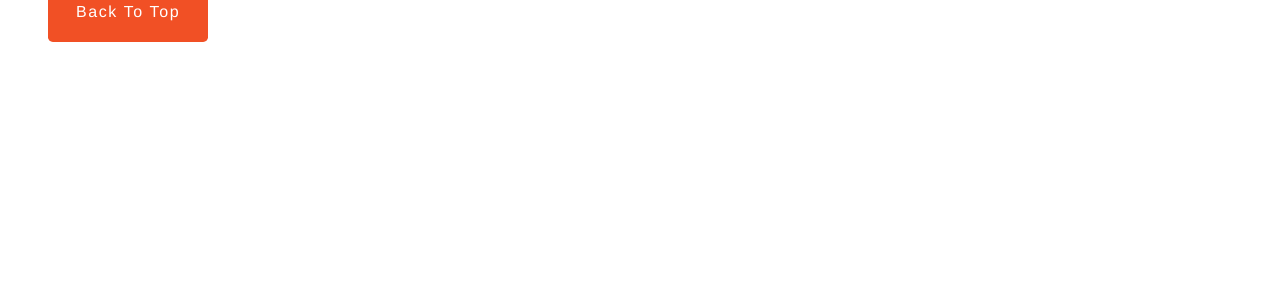
Repository: Ndifoinhilary/css_grid
Page: css-grid-learn/index.html
The author's editor kept a copy of each file at every save. The page is drawn from the files as they stood at one save, then again after the next save.
The browser window is 1280 px wide. The pictures show the whole page.

Above is the page before, as saved 2024-01-28 09:39:51.

### css-grid-learn/index.html
<!DOCTYPE html>
<html lang="en">
<head>
    <meta charset="UTF-8">
    <meta name="viewport" content="width=device-width, initial-scale=1.0">
    <title>Css grid</title>
    <link rel="stylesheet" href="/fontawesome-free-5.12.1-web/css/all.min.css">
    <link rel="stylesheet" href="/css-grid-learn/main.css">
</head>
<body>
   <a href="index.html" class="btn">back to top</a>
</body>
</html>

### css-grid-learn/main.css


:root{
    --primaryColor:#f15025;
    --mainBlack:#222;
    --mainWhite:#fff;
    --offwhite:#f7f7f7;
    --darkGrey:#afafaf;
    --mainTransition:all 0.3s linear;
    --mainSpacing:2rem;
}



*{
    margin: 0;
    padding: 0;
    box-sizing: border-box;
}





/* root variables  */

body{
    font-family:'Franklin Gothic Medium', 'Arial Narrow', Arial, sans-serif;
    color: var(--mainBlack);
    background: var(--mainWhite);
    line-height: 1.5rem;
}

a {
    text-decoration: none;
}

ul{
    list-style-type: none;
}

img{
    width: 100%;
    display: block;
}


h1, h2, h3{
    text-transform: capitalize;
    letter-spacing:var(--mainSpacing);
    margin-bottom: 1.25rem;
}

h1{
    font-size: 3rem;
}

h2{
    font-size: 1.5rem;
    margin-bottom:0 ;
}
h1{
    font-size: 0.75rem;
}
p{
    font-weight: 300px;
    font-size: 0.6rem;
    line-height: 2;
}

.btn{
    background: var(--primaryColor);
    color: var(--mainWhite);
    padding: 0.357rem 0.75rem;
    text-transform: capitalize;
    letter-spacing: 0.1rem;
    border: 1rem solid transparent;
    /*transition: var(--mainTransition);
    */cursor: pointer;
    border-radius: 0.3rem;
   margin-left: 3rem;
   margin-top: 4rem;
}


.btn:hover{
    background: var(--mainWhite);
    color: var(--primaryColor);
}

Loaded but not shown: fontawesome-free-5.12.1-web/css/all.min.css (library)

After the next save:
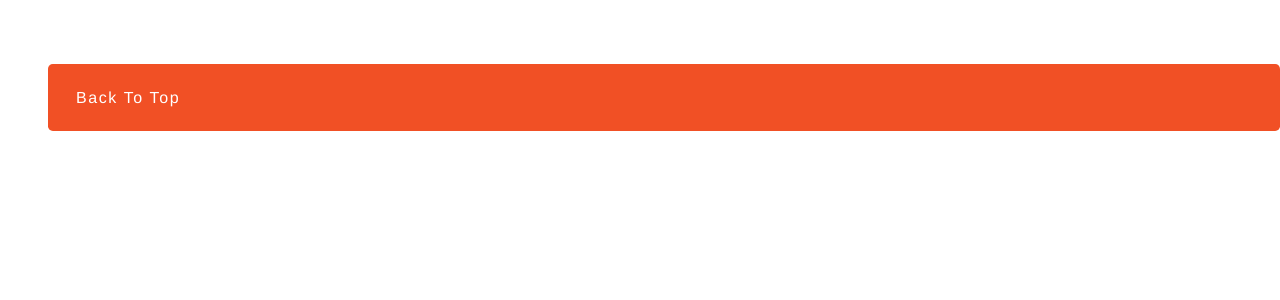
Saved 53 s later.
--- a/css-grid-learn/main.css
+++ b/css-grid-learn/main.css
@@ -69,6 +69,7 @@ p{
 }
 
 .btn{
+    display: block;
     background: var(--primaryColor);
     color: var(--mainWhite);
     padding: 0.357rem 0.75rem;
